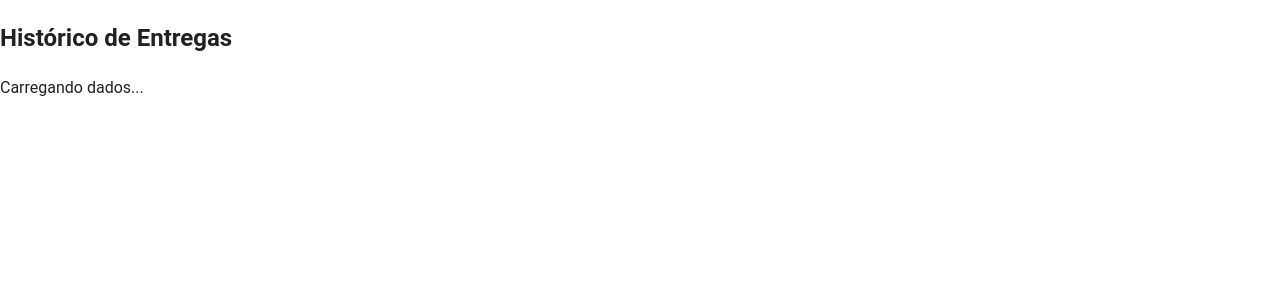
Repository: feliperanon/mobilegestao
Page: /history (app in frontend/)
These files come from the project's save history. The page is drawn as it stood at one moment and after the next save; the edit follows.
The browser window is 1280 px wide. The pictures show the whole page.
The page's requests for data from a server got no answer. The project was rebuilt for these pictures with package versions that can differ from the ones it lists, and the page was loaded fresh each time. No one was signed in, and anything a server would have sent is missing. Also part of the build but not shown: frontend/webpack.config.js, frontend/src/pages/Home.js, frontend/src/pages/Analysis.js, frontend/src/components/Dashboard.js, frontend/src/components/Login.js, frontend/src/components/Register.js, frontend/src/components/AddEntregador.js, frontend/src/components/AddCliente.js and 1 more.

Above is the page before, as saved 2024-07-14 17:57:36.

### frontend/public/index.html
<!-- frontend/public/index.html -->

<!DOCTYPE html>
<html lang="en">
<head>
    <meta charset="UTF-8">
    <meta name="viewport" content="width=device-width, initial-scale=1.0">
    <title>Mobile Gestão</title>
</head>
<body>
    <div id="root"></div>
</body>
</html>

### frontend/src/index.js
// frontend/src/index.js

import React from 'react';
import ReactDOM from 'react-dom';
import { BrowserRouter as Router, Route, Switch } from 'react-router-dom';
import { ThemeProvider, createTheme } from '@mui/material/styles';
import CssBaseline from '@mui/material/CssBaseline';
import Home from './pages/Home';
import History from './pages/History';
import Analysis from './pages/Analysis';
import Dashboard from './components/Dashboard';
import Login from './components/Login';
import Register from './components/Register';
import AddEntregador from './components/AddEntregador';
import AddCliente from './components/AddCliente';
import AddStatus from './components/AddStatus';

const theme = createTheme({
  palette: {
    primary: {
      main: '#1976d2',
    },
    secondary: {
      main: '#dc004e',
    },
  },
  typography: {
    fontFamily: 'Roboto, Arial, sans-serif',
  },
});

ReactDOM.render(
  <ThemeProvider theme={theme}>
    <CssBaseline />
    <Router>
      <Switch>
        <Route path="/" exact component={Home} />
        <Route path="/login" component={Login} />
        <Route path="/register" component={Register} />
        <Route path="/dashboard" component={Dashboard} />
        <Route path="/history" component={History} />
        <Route path="/analysis" component={Analysis} />
        <Route path="/add-entregador" component={AddEntregador} />
        <Route path="/add-cliente" component={AddCliente} />
        <Route path="/add-status" component={AddStatus} />
      </Switch>
    </Router>
  </ThemeProvider>,
  document.getElementById('root')
);

### frontend/src/pages/History.js
// frontend/src/pages/History.js

import React, { useState, useEffect } from 'react';
import axios from 'axios';

const History = () => {
  const [history, setHistory] = useState([]);

  useEffect(() => {
    const fetchHistory = async () => {
      const result = await axios.get('http://localhost:5008/api/history');
      setHistory(result.data);
    };
    fetchHistory();
  }, []);

  return (
    <div>
      <h2>Histórico de Entregas</h2>
      {history.length > 0 ? (
        <table>
          <thead>
            <tr>
              <th>Entregador</th>
              <th>Cliente</th>
              <th>Status</th>
              <th>Volume</th>
              <th>Tempo Decorrido</th>
              <th>Iniciado</th>
              <th>Finalizado</th>
            </tr>
          </thead>
          <tbody>
            {history.map((item) => (
              <tr key={item.id}>
                <td>{item.entregador}</td>
                <td>{item.cliente}</td>
                <td>{item.status}</td>
                <td>{item.volume}</td>
                <td>{item.tempoDecorrido}</td>
                <td>{item.iniciado}</td>
                <td>{item.finalizado}</td>
              </tr>
            ))}
          </tbody>
        </table>
      ) : (
        <p>Carregando dados...</p>
      )}
    </div>
  );
};

export default History;

After the next save:
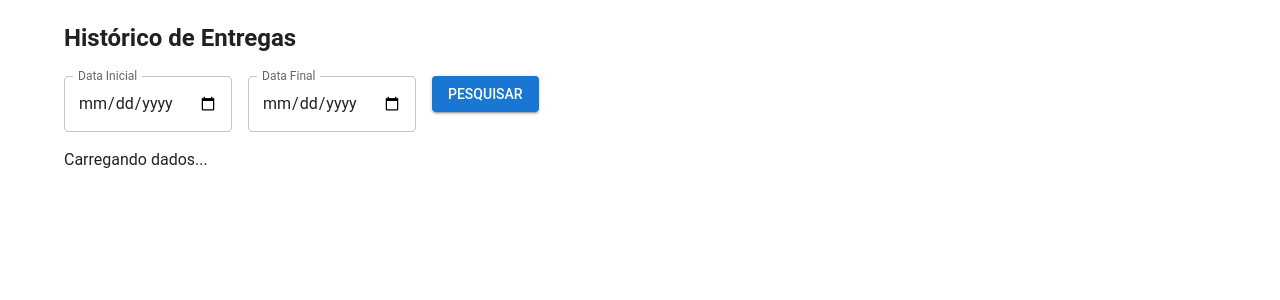
Saved 21 s later.
--- a/frontend/src/pages/History.js
+++ b/frontend/src/pages/History.js
@@ -2,52 +2,96 @@
 
 import React, { useState, useEffect } from 'react';
 import axios from 'axios';
+import { Container, TextField, Button, Table, TableBody, TableCell, TableContainer, TableHead, TableRow, Paper } from '@mui/material';
 
 const History = () => {
   const [history, setHistory] = useState([]);
+  const [startDate, setStartDate] = useState('');
+  const [endDate, setEndDate] = useState('');
+
+  const fetchHistory = async (start, end) => {
+    try {
+      const result = await axios.get('http://localhost:5008/api/history', {
+        params: {
+          startDate: start,
+          endDate: end,
+        },
+      });
+      setHistory(result.data);
+    } catch (error) {
+      console.error('Erro ao buscar histórico', error);
+    }
+  };
 
   useEffect(() => {
-    const fetchHistory = async () => {
-      const result = await axios.get('http://localhost:5008/api/history');
-      setHistory(result.data);
-    };
     fetchHistory();
   }, []);
 
+  const handleSearch = () => {
+    fetchHistory(startDate, endDate);
+  };
+
   return (
-    <div>
+    <Container>
       <h2>Histórico de Entregas</h2>
+      <TextField
+        label="Data Inicial"
+        type="date"
+        value={startDate}
+        onChange={(e) => setStartDate(e.target.value)}
+        InputLabelProps={{
+          shrink: true,
+        }}
+        sx={{ marginRight: 2 }}
+      />
+      <TextField
+        label="Data Final"
+        type="date"
+        value={endDate}
+        onChange={(e) => setEndDate(e.target.value)}
+        InputLabelProps={{
+          shrink: true,
+        }}
+        sx={{ marginRight: 2 }}
+      />
+      <Button variant="contained" color="primary" onClick={handleSearch} sx={{ marginBottom: 2 }}>
+        Pesquisar
+      </Button>
       {history.length > 0 ? (
-        <table>
-          <thead>
-            <tr>
-              <th>Entregador</th>
-              <th>Cliente</th>
-              <th>Status</th>
-              <th>Volume</th>
-              <th>Tempo Decorrido</th>
-              <th>Iniciado</th>
-              <th>Finalizado</th>
-            </tr>
-          </thead>
-          <tbody>
-            {history.map((item) => (
-              <tr key={item.id}>
-                <td>{item.entregador}</td>
-                <td>{item.cliente}</td>
-                <td>{item.status}</td>
-                <td>{item.volume}</td>
-                <td>{item.tempoDecorrido}</td>
-                <td>{item.iniciado}</td>
-                <td>{item.finalizado}</td>
-              </tr>
-            ))}
-          </tbody>
-        </table>
+        <TableContainer component={Paper}>
+          <Table>
+            <TableHead>
+              <TableRow>
+                <TableCell>Entregador</TableCell>
+                <TableCell>Cliente</TableCell>
+                <TableCell>Status</TableCell>
+                <TableCell>Volume</TableCell>
+                <TableCell>Tempo Estimado</TableCell>
+                <TableCell>Tempo Final</TableCell>
+                <TableCell>Iniciado</TableCell>
+                <TableCell>Finalizado</TableCell>
+              </TableRow>
+            </TableHead>
+            <TableBody>
+              {history.map((item) => (
+                <TableRow key={item._id}>
+                  <TableCell>{item.entregador}</TableCell>
+                  <TableCell>{item.cliente.join(', ')}</TableCell>
+                  <TableCell>{item.status}</TableCell>
+                  <TableCell>{item.volume}</TableCell>
+                  <TableCell>{item.tempoEstimado} minutos</TableCell>
+                  <TableCell>{item.tempoEmAndamento} minutos</TableCell>
+                  <TableCell>{new Date(item.iniciado).toLocaleString()}</TableCell>
+                  <TableCell>{new Date(item.finalizado).toLocaleString()}</TableCell>
+                </TableRow>
+              ))}
+            </TableBody>
+          </Table>
+        </TableContainer>
       ) : (
         <p>Carregando dados...</p>
       )}
-    </div>
+    </Container>
   );
 };
 
